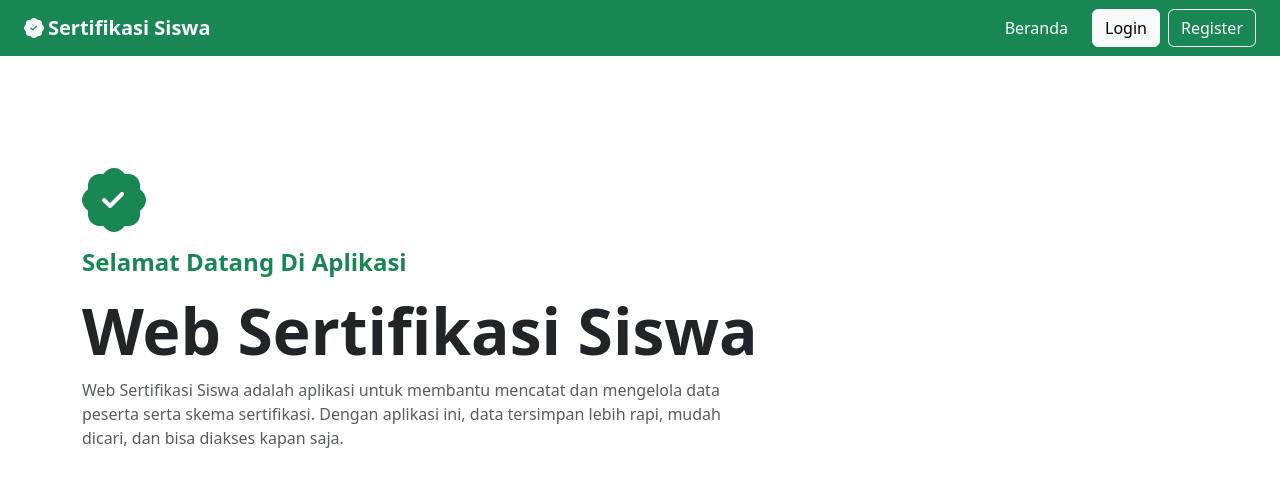
Repository: Zaki-Blip/USK_Project
Page: http://localhost/
An editor plug-in stored every save of this project. The page is shown before and after the next save, followed by the edit.
The browser window is 1280 px wide. The pictures show the whole page.
The page is served by the project's Laravel application, run on PHP 8.4 with Laravel 12.

Above is the page before, as saved 2026-10-13 18:14:08.

After the next save:
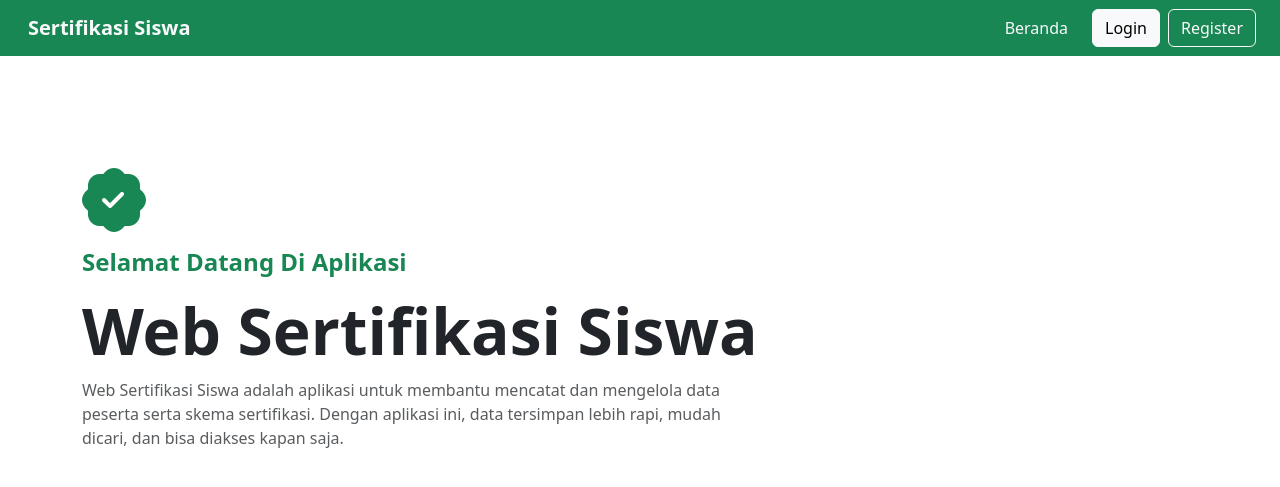
Saved 2 min 28 s later.
--- a/resources/views/halamanAwal.blade.php
+++ b/resources/views/halamanAwal.blade.php
@@ -16,7 +16,7 @@
 <nav class="navbar navbar-expand-md bg-success sticky-top">
     <div class="container-fluid px-4">
         <a href="#beranda" class="navbar-brand fw-bold text-light">
-            <i class="bi bi-patch-check-fill me-1"></i>Sertifikasi Siswa
+            <i class="bi bi-shoping me-1"></i>Sertifikasi Siswa
         </a>
         <button class="navbar-toggler bg-light" type="button" data-bs-toggle="collapse" data-bs-target="#menu">
             <span class="navbar-toggler-icon"></span>

After the save that followed:
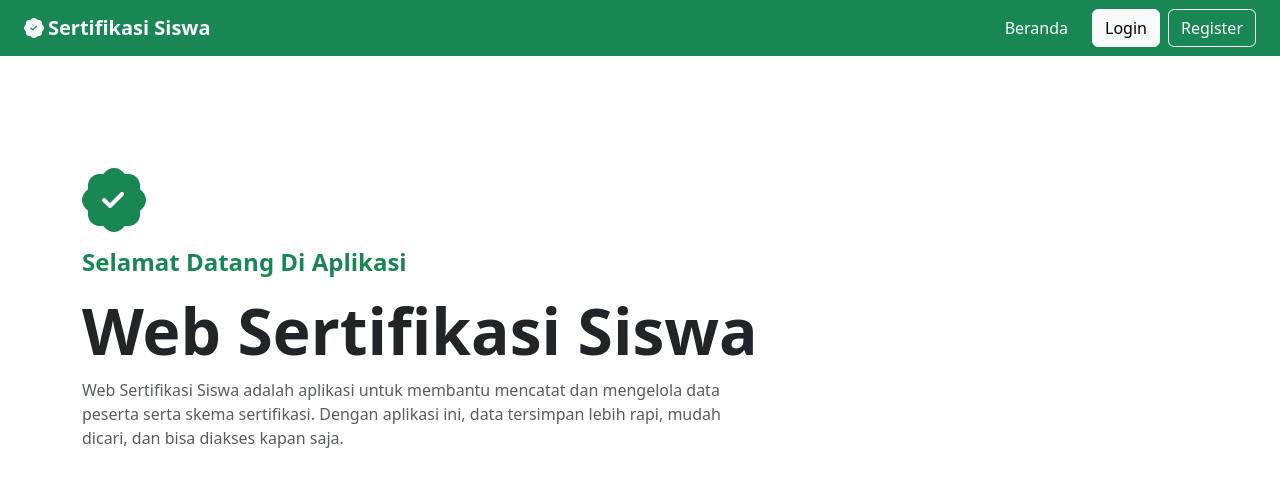
Saved 4 min 14 s later.
--- a/resources/views/halamanAwal.blade.php
+++ b/resources/views/halamanAwal.blade.php
@@ -16,7 +16,7 @@
 <nav class="navbar navbar-expand-md bg-success sticky-top">
     <div class="container-fluid px-4">
         <a href="#beranda" class="navbar-brand fw-bold text-light">
-            <i class="bi bi-shoping me-1"></i>Sertifikasi Siswa
+            <i class="bi bi-patch-check-fill me-1"></i>Sertifikasi Siswa
         </a>
         <button class="navbar-toggler bg-light" type="button" data-bs-toggle="collapse" data-bs-target="#menu">
             <span class="navbar-toggler-icon"></span>
